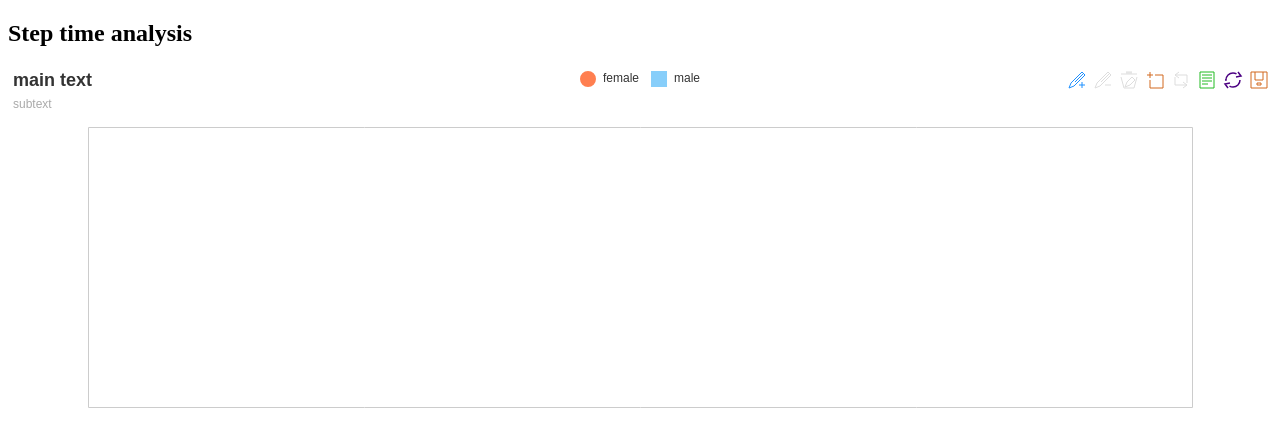
Repository: shutterfly2011/apache
Page: eChartTest/WebContent/StepTimeTrend1.html
These files come from the project's save history. The page is drawn as it stood at one moment and after the next save; the edit follows.
The browser window is 1280 px wide. The pictures show the whole page.

Above is the page before, as saved 2015-10-14 03:04:17.

### eChartTest/WebContent/StepTimeTrend1.html
<!DOCTYPE html>
<html>
<head>
<meta charset="ISO-8859-1">
<title>Step Time Trend Analysis</title>
<script src="js/echarts.js"></script>
<script type="text/javascript">
	var cht;
	var option = {
		    title : {
		        text: 'main text',
		        subtext: 'subtext'
		    },
		    tooltip : {
		        trigger: 'axis',
		        showDelay : 0,
		        formatter : function (params) {
		            if (params.value.length > 1) {
		                return params.seriesName + ' :<br/>'
		                   + params.value[0] + 'cm '
		                   + params.value[1] + 'kg ';
		            }
		            else {
		                return params.seriesName + ' :<br/>'
		                   + params.name + ' : '
		                   + params.value + 'kg ';
		            }
		        },
		        axisPointer:{
		            show: true,
		            type : 'cross',
		            lineStyle: {
		                type : 'dashed',
		                width : 1
		            }
		        }
		    },
		    legend: {
		        data:['female','male']
		    },
		    toolbox: {
		        show : true,
		        feature : {
		            mark : {show: true},
		            dataZoom : {show: true},
		            dataView : {show: true, readOnly: false},
		            restore : {show: true},
		            saveAsImage : {show: true}
		        }
		    },
		    xAxis : [
		        {
		            type : 'value',
		            scale:true,
		            axisLabel : {
		                formatter: '{value} cm'
		            }
		        }
		    ],
		    yAxis : [
		        {
		            type : 'value',
		            scale:true,
		            axisLabel : {
		                formatter: '{value} kg'
		            }
		        }
		    ],
		    series : [
		        {
		            name:'female',
		            type:'scatter',
		            data: [],
		            markPoint : {
		                data : [
		                    {type : 'max', name: 'min'},
		                    {type : 'min', name: 'max'}
		                ]
		            },
		            markLine : {
		                data : [
		                    {type : 'average', name: 'average'}
		                ]
		            }
		        },
		        {
		            name:'male',
		            type:'scatter',
		            data: [],
		            markPoint : {
		                data : [
		                    {type : 'max', name: 'min'},
		                    {type : 'min', name: 'max'}
		                ]
		            },
		            markLine : {
		                data : [
		                    {type : 'average', name: 'avg'}
		                ]
		            }
		        }
		    ]
		};
		require.config({
	        paths: {
	            echarts: 'js'
	        }
	    });
		require(
	            [
	                'echarts',
	                'echarts/chart/scatter'
	            ],
	            function (ec) {
	            	cht = ec.init(document.getElementById('scatterTrendChart'));
	            	cht.setOption(option);
	            }
	    );
</script>

</head>
<body>
	<h2>Step time analysis</h2>
	<div id="scatterTrendChart" style="height:400px"></div>

</body>
</html>

Loaded but not shown: eChartTest/WebContent/js/echarts.js (library); eChartTest/WebContent/js/chart/scatter.js (library)

After the next save:
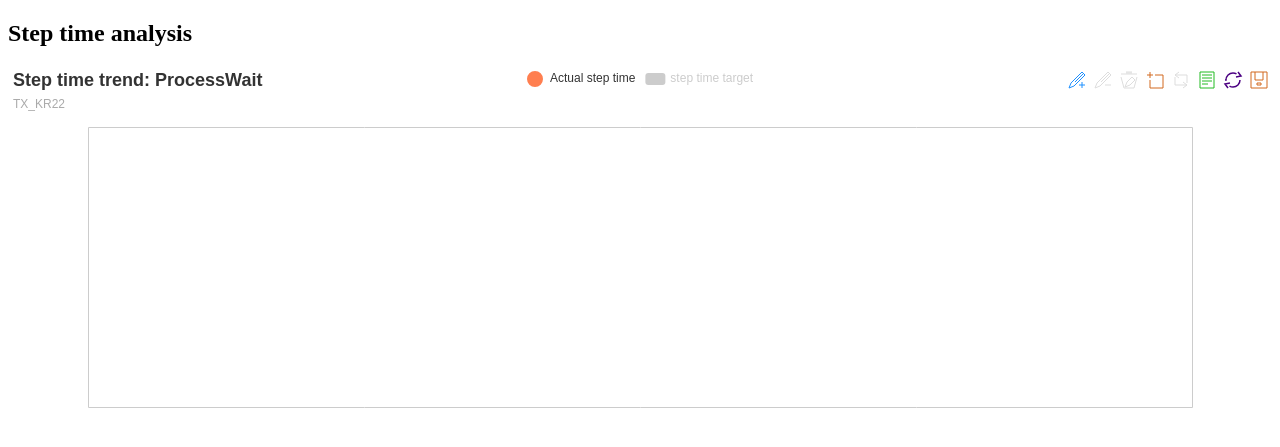
Saved 3 min 47 s later.
--- a/eChartTest/WebContent/StepTimeTrend1.html
+++ b/eChartTest/WebContent/StepTimeTrend1.html
@@ -8,8 +8,8 @@
 	var cht;
 	var option = {
 		    title : {
-		        text: 'main text',
-		        subtext: 'subtext'
+		        text: 'Step time trend: ProcessWait',
+		        subtext: 'TX_KR22'
 		    },
 		    tooltip : {
 		        trigger: 'axis',
@@ -36,7 +36,7 @@
 		        }
 		    },
 		    legend: {
-		        data:['female','male']
+		        data:['Actual step time','step time target']
 		    },
 		    toolbox: {
 		        show : true,
@@ -53,7 +53,7 @@
 		            type : 'value',
 		            scale:true,
 		            axisLabel : {
-		                formatter: '{value} cm'
+		                formatter: '{value}'
 		            }
 		        }
 		    ],
@@ -62,13 +62,13 @@
 		            type : 'value',
 		            scale:true,
 		            axisLabel : {
-		                formatter: '{value} kg'
+		                formatter: '{value} min'
 		            }
 		        }
 		    ],
 		    series : [
 		        {
-		            name:'female',
+		            name:'Actual step time',
 		            type:'scatter',
 		            data: [],
 		            markPoint : {
@@ -84,7 +84,7 @@
 		            }
 		        },
 		        {
-		            name:'male',
+		            name:'Step time target',
 		            type:'scatter',
 		            data: [],
 		            markPoint : {
